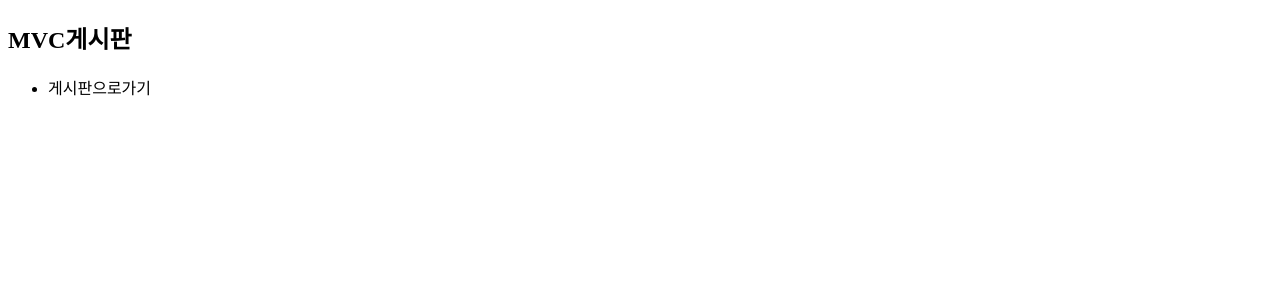
Repository: dlswn666/SpringStudy
Page: http://localhost/boardMVC/
These files come from the project's save history. The page is drawn as it stood at one moment and after the next save; the edit follows.
The browser window is 1280 px wide. The pictures show the whole page.
The page is served by Tomcat 9. Nobody is signed in. The application's start-up code is not run. Other server files are loaded and not shown.

Above is the page before, as saved 2021-02-27 08:41:28.

### boardMVC/WebContent/index.jsp
<%@ page language="java" contentType="text/html; charset=UTF-8"
    pageEncoding="UTF-8"%>
<!DOCTYPE html>
<html>
<head>
<meta charset="UTF-8">
<title>mvc게시판</title>
</head>
<body>
	<h2>MVC게시판 </h2>
	<ul>
		<li>게시판으로가기</li>
	</ul>
</body>
</html>

After the next save:
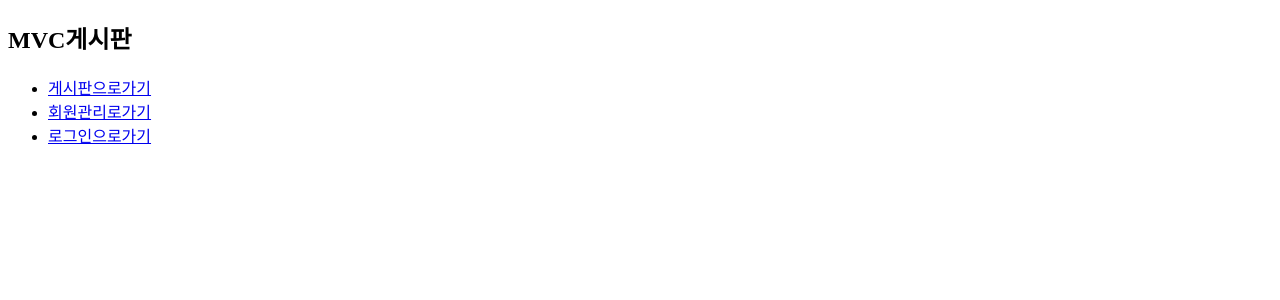
Saved 9 s later.
--- a/boardMVC/WebContent/index.jsp
+++ b/boardMVC/WebContent/index.jsp
@@ -9,7 +9,9 @@
 <body>
 	<h2>MVC게시판 </h2>
 	<ul>
-		<li>게시판으로가기</li>
+		<li><a href="board.do">게시판으로가기</a></li>
+		<li><a href="member.do">회원관리로가기</a></li>
+		<li><a href="login.do">로그인으로가기</a></li>
 	</ul>
 </body>
 </html>
